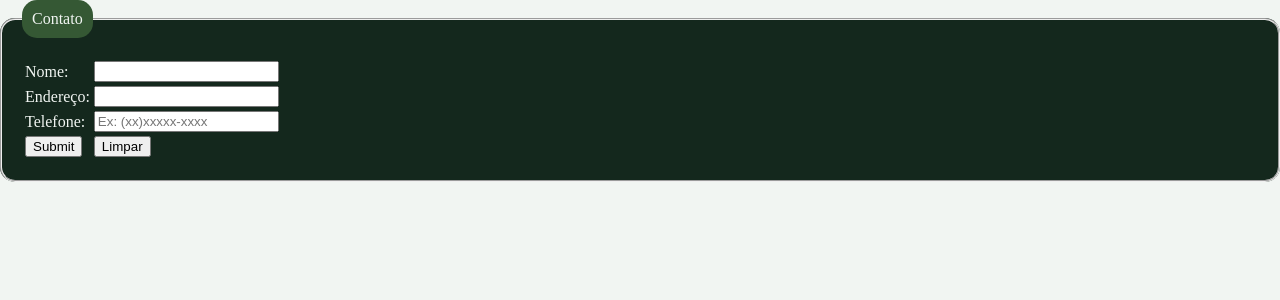
Repository: otavio-vicente/BackEnd-UniSenai
Page: WorkspaceTrilhaWeb/exemploServlet/src/main/webapp/contato.html
An editor plug-in stored every save of this project. The page is shown before and after the next save, followed by the edit.
The browser window is 1280 px wide. The pictures show the whole page.

Above is the page before, as saved 2024-06-14 00:00:20.

After the next save:
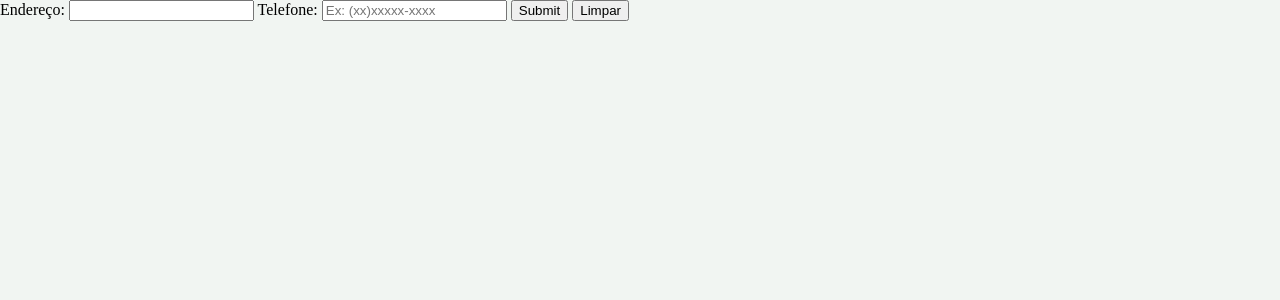
Console error (its wording comes from the project's code and is left out).
Saved 50 s later.
--- a/WorkspaceTrilhaWeb/exemploServlet/src/main/webapp/contato.html
+++ b/WorkspaceTrilhaWeb/exemploServlet/src/main/webapp/contato.html
@@ -20,7 +20,7 @@
 </script>
 </head>
 <body>
-	<form name="frmcontato" method="post" action="#">
+	<form name="frmcontato" method="post" action="#" onsubmit="return validateForm()>
 		<fieldset>
 			<legend>Contato</legend>
 			<table>

After the save that followed:
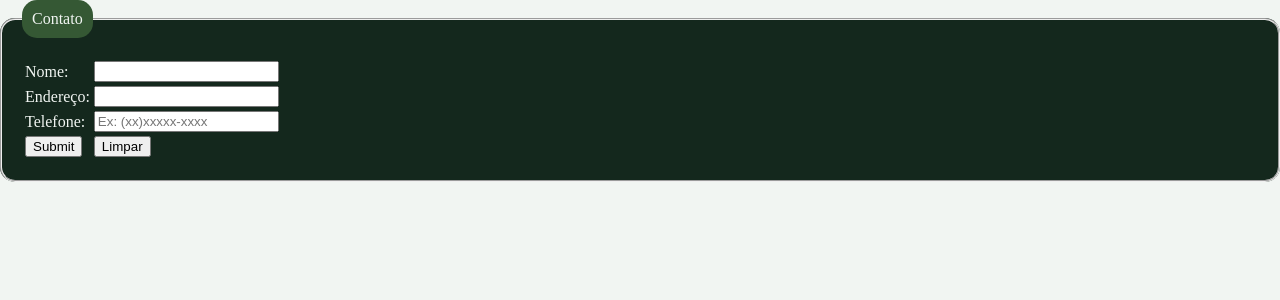
The error is gone.
Saved 33 s later.
--- a/WorkspaceTrilhaWeb/exemploServlet/src/main/webapp/contato.html
+++ b/WorkspaceTrilhaWeb/exemploServlet/src/main/webapp/contato.html
@@ -20,7 +20,7 @@
 </script>
 </head>
 <body>
-	<form name="frmcontato" method="post" action="#" onsubmit="return validateForm()>
+	<form name="frmcontato" method="post" action="#" onsubmit="return validateForm()">
 		<fieldset>
 			<legend>Contato</legend>
 			<table>
